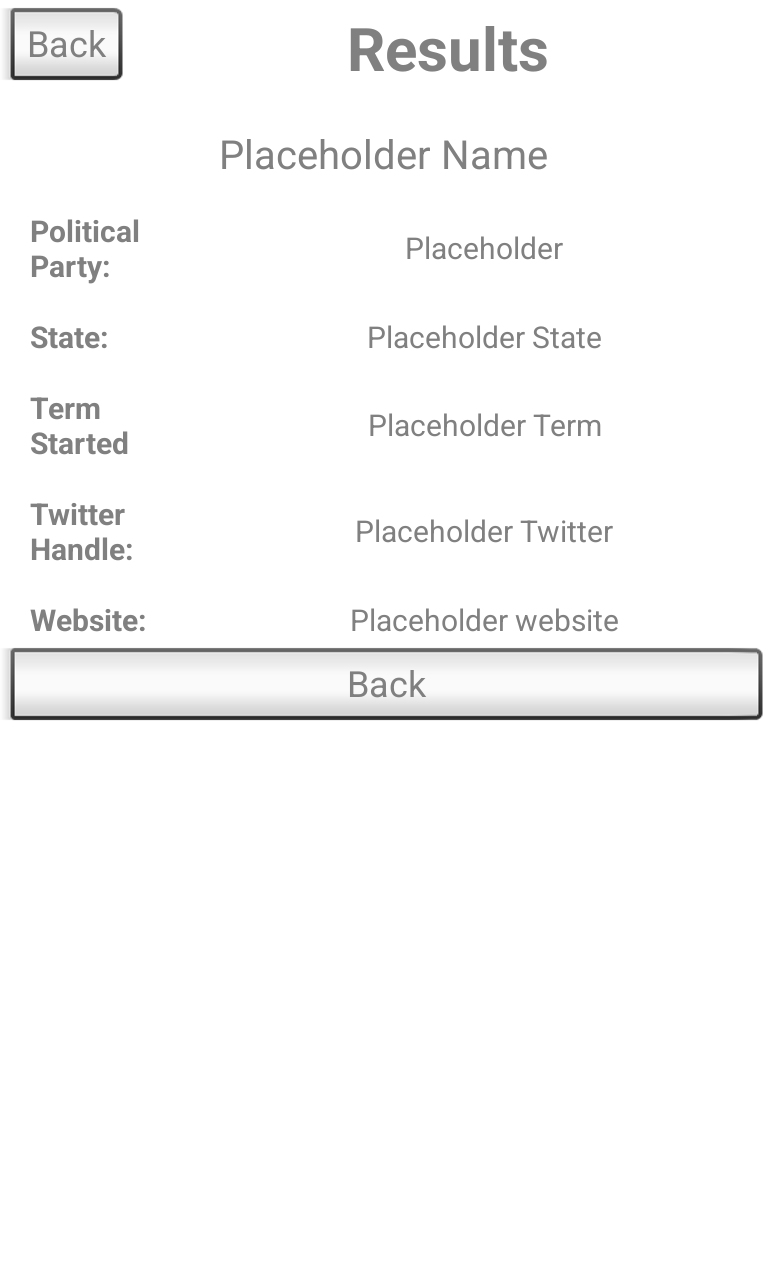
Repository: scottcaruso/Java_I_1307_Week4
Layout: myGov/res/layout/politician_display.xml
These files come from the project's save history. The layout is drawn as it stood at one moment and after the next save; the edit follows.
It is drawn on a 768 x 1280 px phone screen (xhdpi) without system bars, with theme AppTheme; the app's code is not run.

Above is the layout before, as saved 2013-08-01 22:25:01.

### myGov/res/layout/politician_display.xml
<?xml version="1.0" encoding="utf-8"?>
<LinearLayout xmlns:android="http://schemas.android.com/apk/res/android"
    android:layout_width="match_parent"
    android:layout_height="match_parent"
    android:orientation="vertical" >


    <LinearLayout
        android:layout_width="match_parent"
        android:layout_height="wrap_content"
        android:orientation="horizontal">
	    <Button
	        android:id="@+id/back"
	        style="@android:style/Widget.Holo.Button.Inset"
	        android:layout_width="wrap_content"
	        android:layout_height="wrap_content"
	        android:hint="@string/back" />

	    <TextView
	        android:id="@+id/foundpoliticians"
	        android:layout_width="match_parent"
	        android:layout_height="wrap_content"
	        android:layout_gravity="center"
	        android:gravity="center"
	        android:hint="@string/results"
	        android:textStyle="bold"
	        android:textSize="30sp" />

    </LinearLayout>

        <TextView
            android:id="@+id/politicianName"
            android:layout_width="wrap_content"
            android:layout_height="wrap_content"
            android:layout_gravity="center_horizontal"
            android:layout_marginTop="15dp"
            android:gravity="center"
            android:hint="@string/politician_name"
            android:textSize="20sp" />

     <LinearLayout
         android:id="@+id/partyLayout"
         android:layout_width="match_parent"
         android:layout_height="wrap_content"
         android:layout_marginTop="15dp"
         android:orientation="horizontal" >

         <TextView
             android:id="@+id/partylabel"
             android:layout_width="85dp"
             android:layout_height="wrap_content"
             android:layout_marginLeft="15dp"
             android:hint="@string/political_party_"
             android:textStyle="bold"
             android:textSize="15sp" />

         <TextView
             android:id="@+id/partytext"
             android:layout_width="match_parent"
             android:layout_height="wrap_content"
             android:layout_gravity="center"
	         android:gravity="center"
             android:hint="@string/placeholder"
             android:textSize="15sp" />
     </LinearLayout>

     <LinearLayout
         android:id="@+id/stateLayout"
         android:layout_width="match_parent"
         android:layout_height="wrap_content"
         android:layout_marginTop="15dp"
         android:orientation="horizontal" >

         <TextView
             android:id="@+id/statelabel"
             android:layout_width="85dp"
             android:layout_height="wrap_content"
             android:layout_marginLeft="15dp"
             android:hint="@string/state_"
             android:textStyle="bold"
             android:textSize="15sp" />

         <TextView
             android:id="@+id/statetext"
             android:layout_width="match_parent"
             android:layout_height="wrap_content"
             android:layout_gravity="center"
	         android:gravity="center"
             android:hint="@string/placeholder_state"
             android:textSize="15sp" />

     </LinearLayout>

     <LinearLayout
         android:id="@+id/termLayout"
         android:layout_width="match_parent"
         android:layout_height="wrap_content"
         android:layout_marginTop="15dp"
         android:orientation="horizontal" >

         <TextView
             android:id="@+id/termLabel"
             android:layout_width="85dp"
             android:layout_height="wrap_content"
             android:layout_marginLeft="15dp"
             android:hint="@string/term_started"
             android:textStyle="bold"
             android:textSize="15sp" />

         <TextView
             android:id="@+id/termText"
             android:layout_width="match_parent"
             android:layout_height="wrap_content"
             android:layout_gravity="center"
	         android:gravity="center"
             android:hint="@string/placeholder_term"
             android:textSize="15sp" />

     </LinearLayout>

     <LinearLayout
         android:id="@+id/twitterlayout"
         android:layout_width="match_parent"
         android:layout_height="wrap_content"
         android:layout_marginTop="15dp"
         android:orientation="horizontal" >

         <TextView
             android:id="@+id/twitterLabel"
             android:layout_width="85dp"
             android:layout_height="wrap_content"
             android:layout_marginLeft="15dp"
             android:hint="@string/twitter_handle_"
             android:textStyle="bold"
             android:textSize="15sp" />

         <TextView
             android:id="@+id/twitterText"
             android:layout_width="match_parent"
             android:layout_height="wrap_content"
             android:layout_gravity="center"
	         android:gravity="center"
             android:hint="@string/placeholder_twitter"
             android:textSize="15sp" />

     </LinearLayout>

     <LinearLayout
         android:id="@+id/websitelayout"
         android:layout_width="match_parent"
         android:layout_height="wrap_content"
         android:layout_marginTop="15dp"
         android:orientation="horizontal" >

         <TextView
             android:id="@+id/websitelabel"
             android:layout_width="85dp"
             android:layout_height="wrap_content"
             android:layout_marginLeft="15dp"
             android:hint="@string/website_"
             android:textStyle="bold"
             android:textSize="15sp" />

         <TextView
             android:id="@+id/websiteText"
             android:layout_width="match_parent"
             android:layout_height="wrap_content"
             android:layout_gravity="center"
	         android:gravity="center"
             android:hint="@string/placeholder_website"
             android:textSize="15sp" />

     </LinearLayout>

     	<Button
	        android:id="@+id/savefavorite"
	        style="@android:style/Widget.Holo.Button.Inset"
	        android:layout_width="match_parent"
	        android:layout_height="wrap_content"
	        android:hint="@string/back" />
</LinearLayout>

### myGov/res/values/strings.xml
<?xml version="1.0" encoding="utf-8"?>
<resources>

    <string name="app_name">myGov</string>
    <string name="action_settings">Settings</string>
    <string name="hello_world">Hello world!</string>
    <string name="enter_zip">Enter Zip</string>
    <string name="search_now">Search Now</string>
    <string name="view_saved_politicians">View Saved Politicians</string>
    <string name="back">Back</string>
    <string name="results">Results</string>
    <string name="politician_name">Placeholder Name</string>
    <string name="political_party_">Political Party:</string>
    <string name="placeholder">Placeholder</string>
    <string name="state_">State:</string>
    <string name="placeholder_state">Placeholder State</string>
    <string name="placeholder_term">Placeholder Term</string>
    <string name="term_started">Term Started</string>
    <string name="twitter_handle_">Twitter Handle:</string>
    <string name="placeholder_twitter">Placeholder Twitter</string>
    <string name="placeholder_website">Placeholder website</string>
    <string name="website_">"Website: "</string>

</resources>

Loaded but not shown: myGov/res/values/styles.xml (common file); myGov/res/values-v11/styles.xml (common file); myGov/res/values-v14/styles.xml (common file)

After the next save:
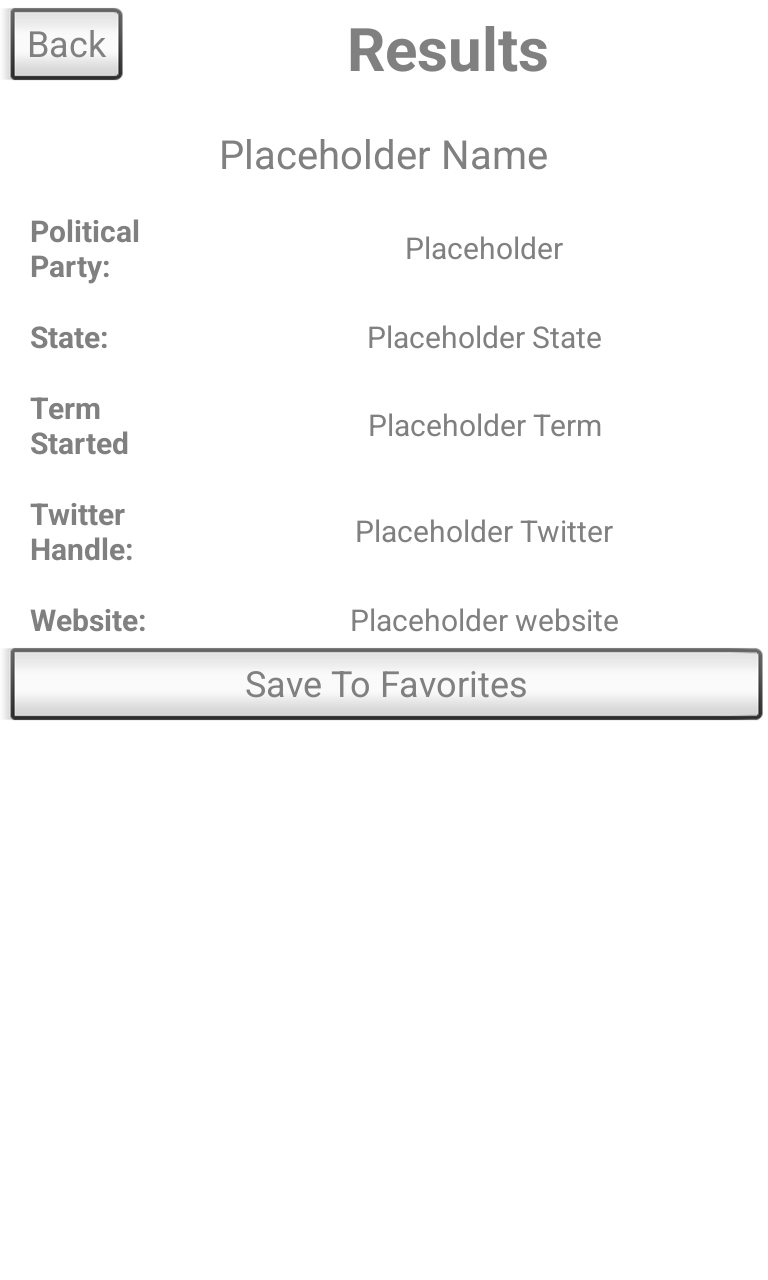
Saved 8 s later.
--- a/myGov/res/layout/politician_display.xml
+++ b/myGov/res/layout/politician_display.xml
@@ -177,5 +177,5 @@
 	        style="@android:style/Widget.Holo.Button.Inset"
 	        android:layout_width="match_parent"
 	        android:layout_height="wrap_content"
-	        android:hint="@string/back" />
+	        android:hint="Save To Favorites" />
 </LinearLayout>
